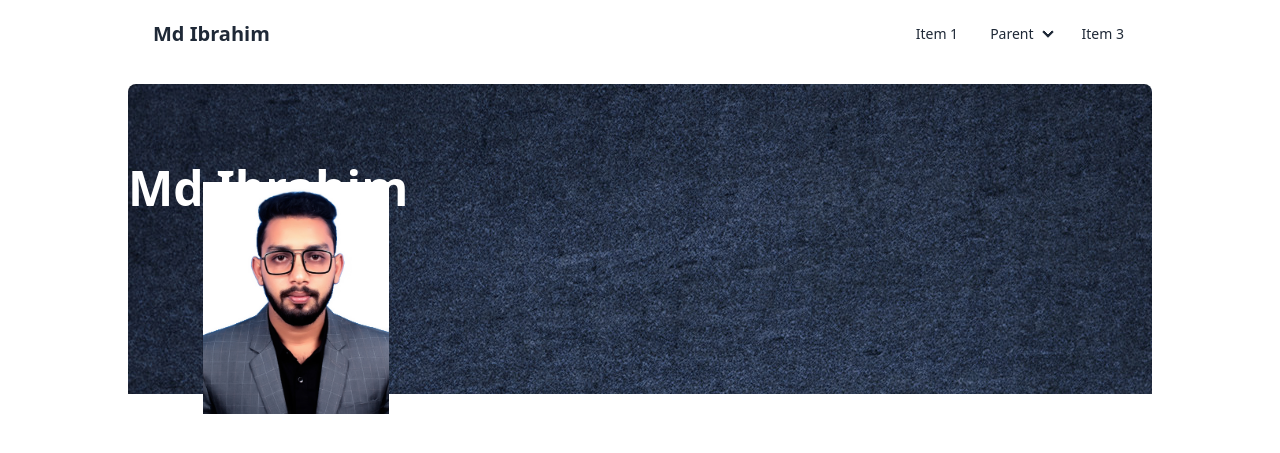
Repository: mdrubel02/portfilo
Page: /
These files come from the project's save history. The page is drawn as it stood at one moment and after the next save; the edit follows.
The browser window is 1280 px wide. The pictures show the whole page.
The project was rebuilt for these pictures with package versions that can differ from the ones it lists, and the page was loaded fresh each time. Also part of the build but not shown: vite.config.js.

Above is the page before, as saved 2023-06-25 14:16:38.

### src/main.jsx
import React from 'react'
import ReactDOM from 'react-dom/client'
import './index.css'
import { RouterProvider } from 'react-router-dom'
import router from './Layout/routes'



ReactDOM.createRoot(document.getElementById('root')).render(
  <React.StrictMode>
    <div className='max-w-screen-lg mx-auto'>
      <RouterProvider router={router} />
    </div>
  </React.StrictMode>,
)

### src/Layout/routes.jsx
import { createBrowserRouter } from "react-router-dom";
import Main from "./Main";
import Home from "../Pages/Home/Home";


const router = createBrowserRouter([
  {
    path: "/",
    element: <Main />,
    children: [
      { path: '/', element: <Home /> },
      { path: '/home', element: <Home /> }
    ]
  }
]);

export default router;

### src/Layout/Main.jsx
import React from 'react';
import Navbar from '../Shared/Navbar/Navbar';
import { Outlet } from 'react-router-dom';

const Main = () => {
    return (
        <div className=''>
            <Navbar />
            <Outlet />
        </div>
    );
};

export default Main;

### src/Pages/Home/Home.jsx
import React from 'react';
import profile from '../../assets/nayeem.jpg'
import banner from '../../assets/background-image.jpg'


const Home = () => {
    return (
        <div className='mt-3'>
            <div
             style={{backgroundImage: `url(${banner})`}}
            className='lg:h-[310px] max-[600px]:h-[450px relative rounded-t-lg'>
                    <div className='lg:flex mt-4'>
                        <div className='lg:w-5/5 flex justify-center items-center '>
                            <img className=' lg:h-3/4 max-[600px]:h-60 lg:absolute lg:bottom-[-20px] lg:left-[75px] mt-9 ' src={profile} alt="profile" />
                        </div>
                        <div className='lg:w-1/2 flex justify-start items-center '>
                            <div className='mt-20 w-auto'>
                                <h3 className='text-5xl text-white font-extrabold font-sans'>Md Ibrahim</h3>
                            </div>
                        </div>
                    </div>
            </div>
        </div>
    );
};

export default Home;

### src/Shared/Navbar/Navbar.jsx
import React from 'react';

const Navbar = () => {
    return (
        <div className="navbar bg-base-100 ">
            <div className="navbar-start">
            <div className="dropdown ">
                    <label tabIndex={0} className="btn btn-ghost lg:hidden">
                        <svg xmlns="http://www.w3.org/2000/svg" className="h-5 w-5" fill="none" viewBox="0 0 24 24" stroke="currentColor"><path strokeLinecap="round" strokeLinejoin="round" strokeWidth="2" d="M4 6h16M4 12h8m-8 6h16" /></svg>
                    </label>
                    <ul tabIndex={0} className="menu menu-sm dropdown-content mt-3 z-[1] p-2 shadow bg-base-100 rounded-box w-52">
                        <li><a>Item 1</a></li>
                        <li>
                            <a>Parent</a>
                            <ul className="p-2">
                                <li><a>Submenu 1</a></li>
                                <li><a>Submenu 2</a></li>
                            </ul>
                        </li>
                        <li><a>Item 3</a></li>
                    </ul>
                </div>
                <a className="btn btn-ghost normal-case text-xl">Md Ibrahim</a>
            </div>
            <div className="navbar-end hidden lg:flex">
                <ul className="menu menu-horizontal px-1">
                    <li><a>Item 1</a></li>
                    <li tabIndex={0}>
                        <details>
                            <summary>Parent</summary>
                            <ul className="p-2">
                                <li><a>Submenu 1</a></li>
                                <li><a>Submenu 2</a></li>
                            </ul>
                        </details>
                    </li>
                    <li><a>Item 3</a></li>
                </ul>
            </div>


        </div>
    );
};

export default Navbar;

Loaded but not shown: index.html (common file); src/index.css (common file); tailwind.config.js (common file)

After the next save:
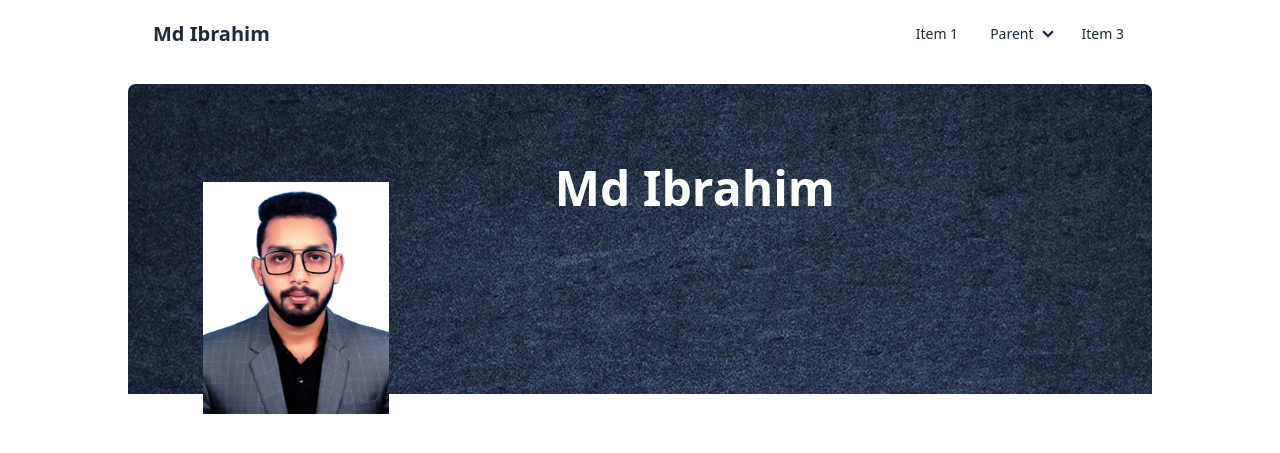
Saved 16 s later.
--- a/src/Pages/Home/Home.jsx
+++ b/src/Pages/Home/Home.jsx
@@ -10,7 +10,7 @@ const Home = () => {
              style={{backgroundImage: `url(${banner})`}}
             className='lg:h-[310px] max-[600px]:h-[450px relative rounded-t-lg'>
                     <div className='lg:flex mt-4'>
-                        <div className='lg:w-5/5 flex justify-center items-center '>
+                        <div className='lg:w-5/12 flex justify-center items-center '>
                             <img className=' lg:h-3/4 max-[600px]:h-60 lg:absolute lg:bottom-[-20px] lg:left-[75px] mt-9 ' src={profile} alt="profile" />
                         </div>
                         <div className='lg:w-1/2 flex justify-start items-center '>
